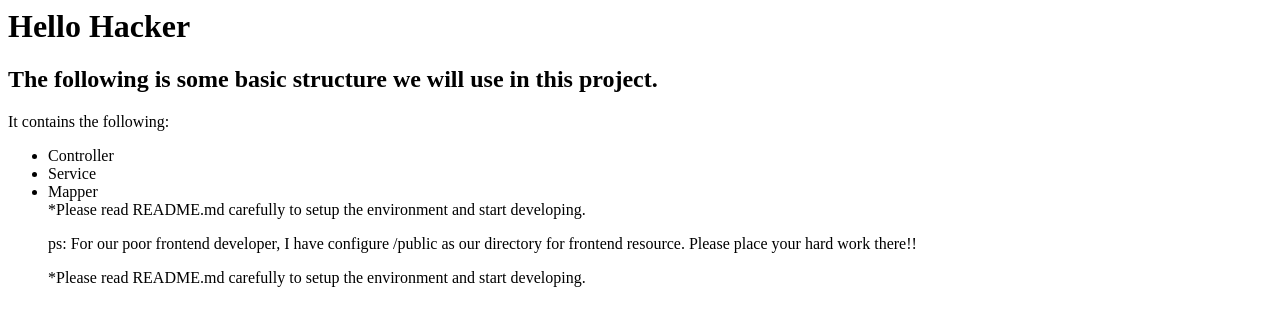
Repository: chenhongye11/DiDongBaBong
Page: didongbabong/src/main/webapp/public/index.html
An editor plug-in stored every save of this project. The page is shown before and after the next save, followed by the edit.
The browser window is 1280 px wide. The pictures show the whole page.

Above is the page before, as saved 2021-01-30 01:43:56.

### didongbabong/src/main/webapp/public/index.html
<html>
<h1>Hello Hacker</h1>
<h2>The following is some basic structure we will use in this project.</h2>
<p>It contains the following:</p>
<ul>
<li>Controller</li>
<li>Service</li>
<li>Mapper</li>

<div>*Please read README.md carefully to setup the environment and start developing.</div>


<p>ps: For our poor frontend developer, I have configure /public as our directory for frontend resource. Please place your hard work there!!</p>
<div>*Please read README.md carefully to setup the environment and start developing.</div>

</ul>
</html>

After the next save:
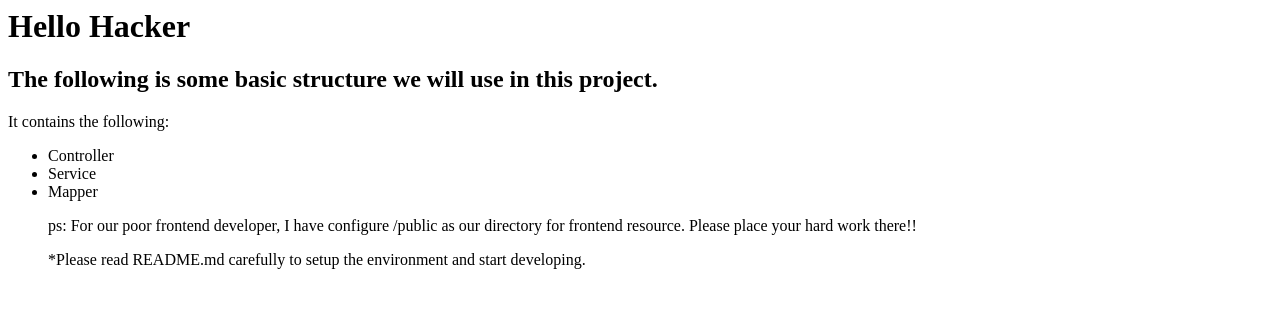
Saved 6 s later.
--- a/didongbabong/src/main/webapp/public/index.html
+++ b/didongbabong/src/main/webapp/public/index.html
@@ -7,9 +7,6 @@
 <li>Service</li>
 <li>Mapper</li>
 
-<div>*Please read README.md carefully to setup the environment and start developing.</div>
-
-
 <p>ps: For our poor frontend developer, I have configure /public as our directory for frontend resource. Please place your hard work there!!</p>
 <div>*Please read README.md carefully to setup the environment and start developing.</div>
 
